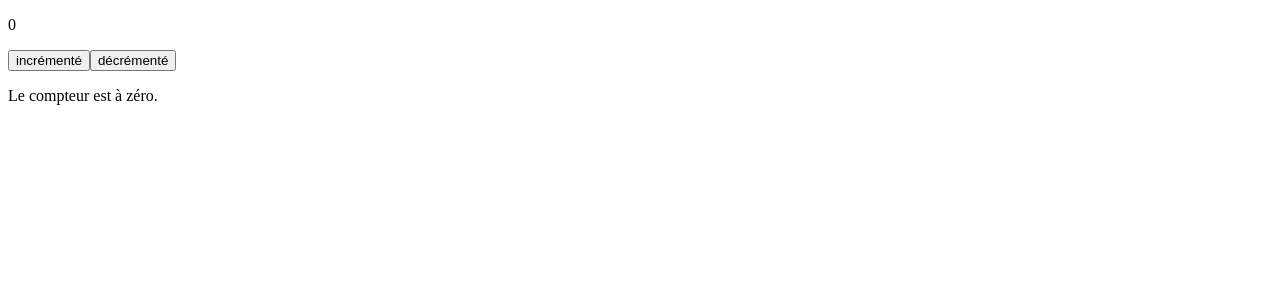
Repository: Aqui05/todo-vue
Page: /
The author's editor kept a copy of each file at every save. The page is drawn from the files as they stood at one save, then again after the next save.
The browser window is 1280 px wide. The pictures show the whole page.
The project was rebuilt for these pictures with package versions that can differ from the ones it lists, and the page was loaded fresh each time. Also part of the build but not shown: vue.config.js.

Above is the page before, as saved 2024-10-31 16:35:58.

### src/App.vue
<template>
  <p>{{ count }}</p>
  <button @click="increment">incrémenté</button>
  <button @click="decrement">décrémenté</button>
  <p v-if="count === 0">Le compteur est à zéro.</p>
</template>

<script setup>
import { ref } from "vue";

const count = ref(0);

function increment() {
  count.value++;
}

function decrement() {
  count.value--;
}
</script>

Loaded but not shown: public/index.html (common file); src/main.js (common file)

After the next save:
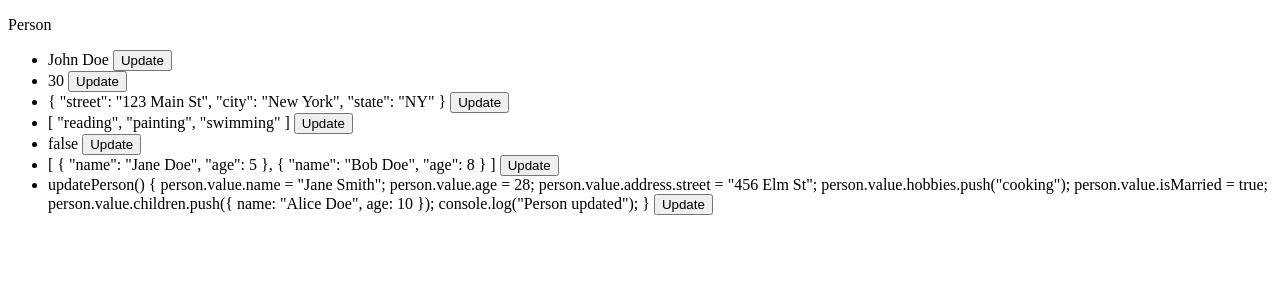
Saved 32 min 6 s later.
--- a/src/App.vue
+++ b/src/App.vue
@@ -1,20 +1,47 @@
 <template>
-  <p>{{ count }}</p>
-  <button @click="increment">incrémenté</button>
-  <button @click="decrement">décrémenté</button>
-  <p v-if="count === 0">Le compteur est à zéro.</p>
+  <p>Person</p>
+  <ul>
+    <li v-for="(item, index) in person" :key="index">
+      {{ item }}
+      <button @click="updatePerson">Update</button>
+    </li>
+  </ul>
 </template>
 
 <script setup>
 import { ref } from "vue";
 
-const count = ref(0);
-
-function increment() {
-  count.value++;
-}
-
-function decrement() {
-  count.value--;
-}
+const person = ref({
+  name: "John Doe",
+  age: 30,
+  address: {
+    street: "123 Main St",
+    city: "New York",
+    state: "NY",
+  },
+  hobbies: ["reading", "painting", "swimming"],
+  isMarried: false,
+  children: [
+    {
+      name: "Jane Doe",
+      age: 5,
+    },
+    {
+      name: "Bob Doe",
+      age: 8,
+    },
+  ],
+  updatePerson() {
+    person.value.name = "Jane Smith";
+    person.value.age = 28;
+    person.value.address.street = "456 Elm St";
+    person.value.hobbies.push("cooking");
+    person.value.isMarried = true;
+    person.value.children.push({
+      name: "Alice Doe",
+      age: 10,
+    });
+    console.log("Person updated");
+  },
+});
 </script>
